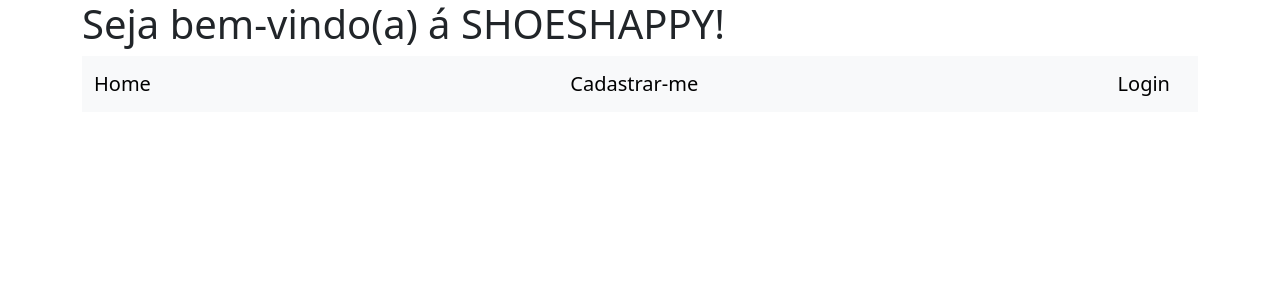
Repository: DianeMascarello/Uc09Senai
Page: http://localhost/SA3Uc09/
The author's editor kept a copy of each file at every save. The page is drawn from the files as they stood at one save, then again after the next save.
The browser window is 1280 px wide. The pictures show the whole page.
The page is served by Tomcat 10.

Above is the page before, as saved 2023-08-14 02:06:57.

After the next save:
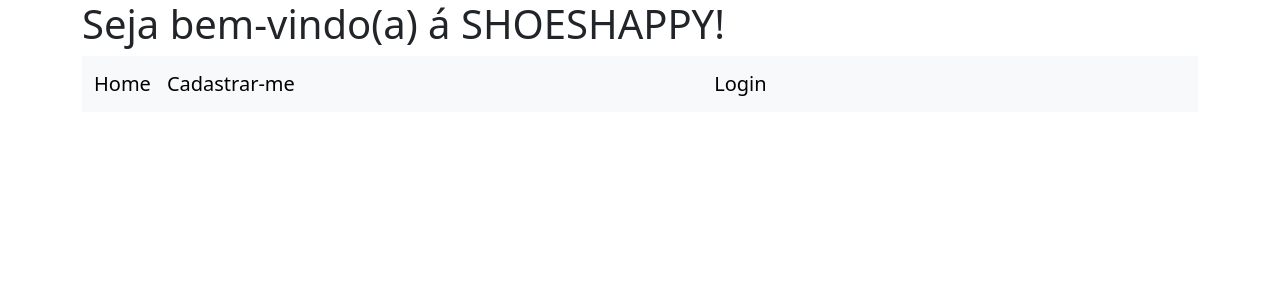
Saved 2 min 51 s later.
--- a/SA3Uc09/src/main/webapp/index.jsp
+++ b/SA3Uc09/src/main/webapp/index.jsp
@@ -41,20 +41,14 @@
 		<nav class="navbar navbar-expand-lg bg-body-tertiary">
 			<div class="container-fluid">
 				<a class="navbar-brand" href="index.jsp">Home</a>
-				<a class="navbar-brand" href="Cadastro.jsp">Cadastrar-me</a>
-				<a class="navbar-brand" href="login.jsp">Login</a>
+				<a class="navbar-brand me-auto mb-2 mb-lg-0" href="Cadastro.jsp">Cadastrar-me</a>
+				<a class="navbar-brand me-auto mb-2 mb-lg-0" href="login.jsp">Login</a>
 				<button class="navbar-toggler" type="button"
 					data-bs-toggle="collapse" data-bs-target="#navbarSupportedContent"
 					aria-controls="navbarSupportedContent" aria-expanded="false"
 					aria-label="Toggle navigation">
 					<span class="navbar-toggler-icon"></span>
 				</button>
-
-<!-- 				<li class="nav-item"><a class="nav-link" href="#">Cadastrar-me</a> -->
-<!-- 				</li> -->
-<!-- 				<li class="nav-item"><a class="nav-link" href="login.jsp">Login</a> -->
-<!-- 				</li> -->
-<!-- 				</ul> -->
 			</div>
 	</div>
 	</nav>
